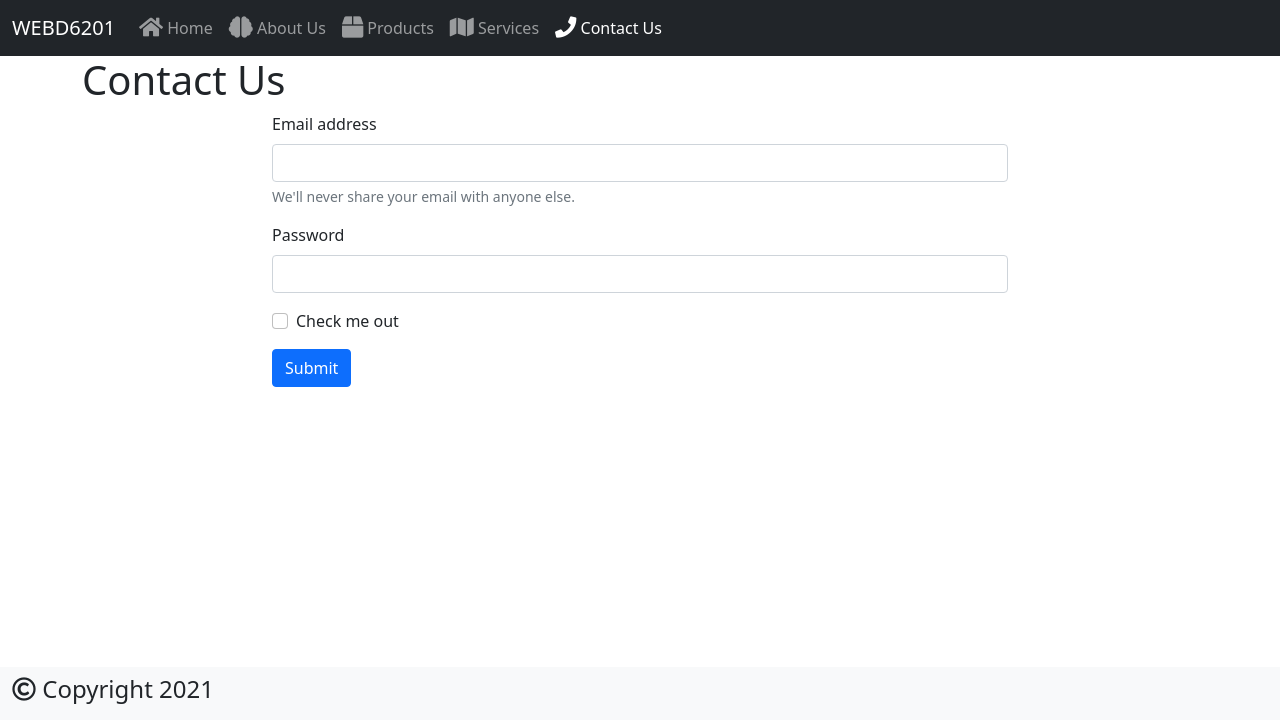
Repository: AshokSasi/WEBD6201-Week3
Page: contact.html
The author's editor kept a copy of each file at every save. The page is drawn from the files as they stood at one save, then again after the next save.
The browser window is 1280 px wide. The pictures show the whole page.

Above is the page before, as saved 2021-01-21 10:25:21.

After the next save:
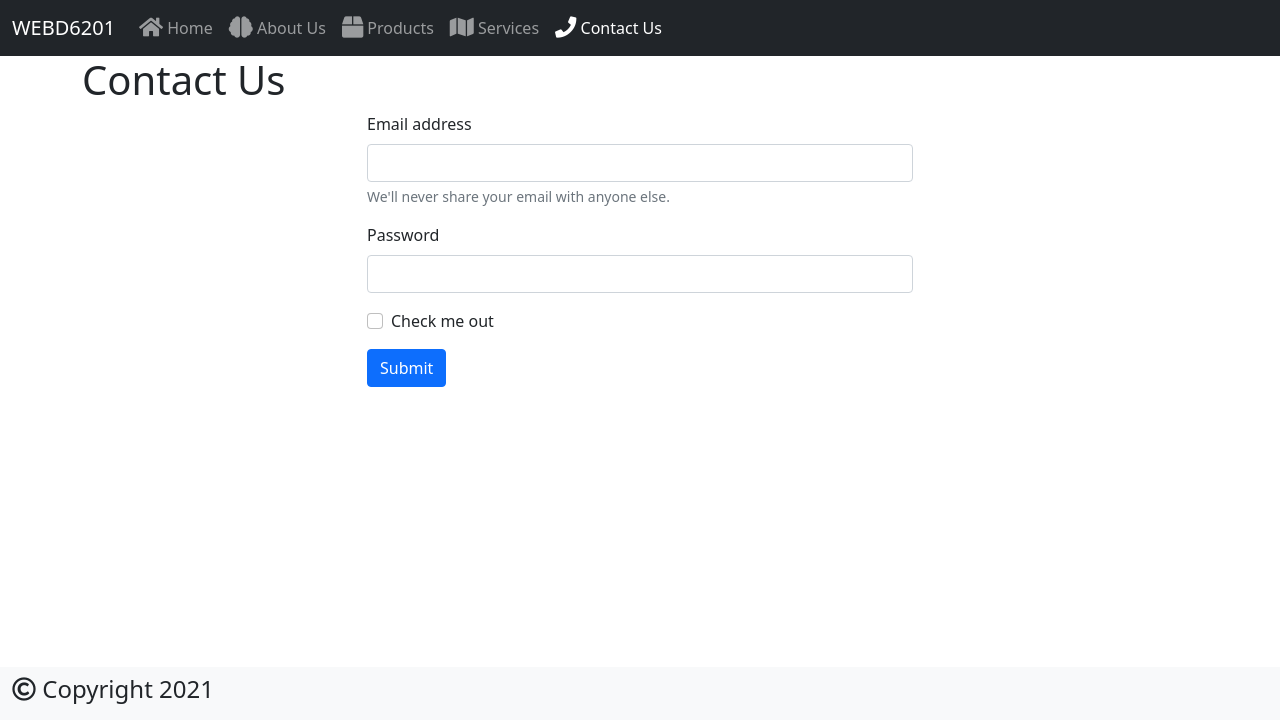
Saved 31 s later.
--- a/contact.html
+++ b/contact.html
@@ -49,7 +49,7 @@
 
         <!--Contact us form-->
         <div class="row justify-content-md-center">
-          <form class="col-lg-8 col-md-10 col-sm-10">
+          <form class="col-lg-6 col-md-10 col-sm-10">
             <div class="mb-3">
               <label for="exampleInputEmail1" class="form-label">Email address</label>
               <input type="email" class="form-control" id="exampleInputEmail1" aria-describedby="emailHelp">
